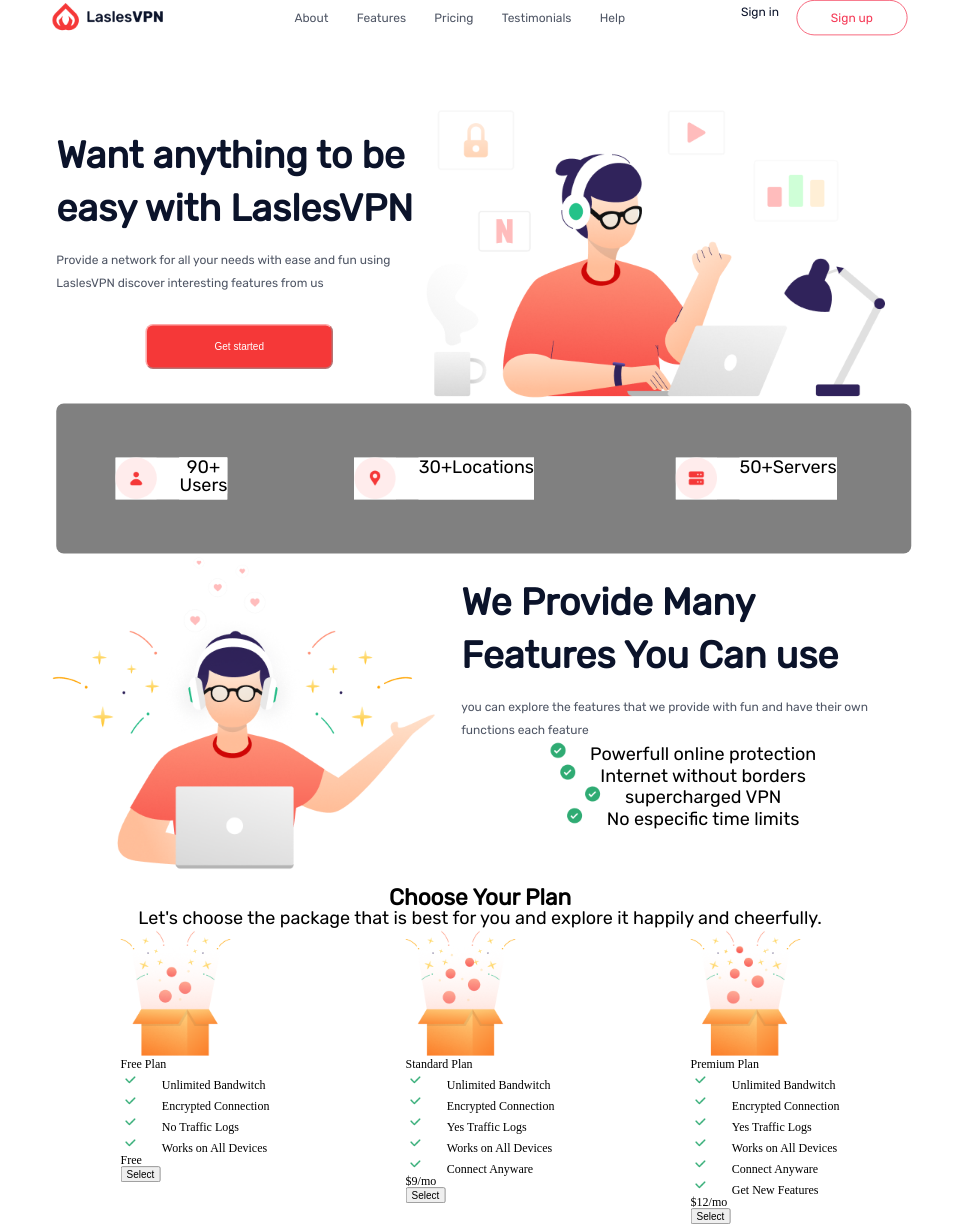
Repository: RaphaelMatheus-br/LP-251123
Page: index.html
The author's editor kept a copy of each file at every save. The page is drawn from the files as they stood at one save, then again after the next save.
The browser window is 1280 px wide. The pictures show the whole page, at 75% of full size.

Above is the page before, as saved 2023-11-25 16:57:12.

After the next save:
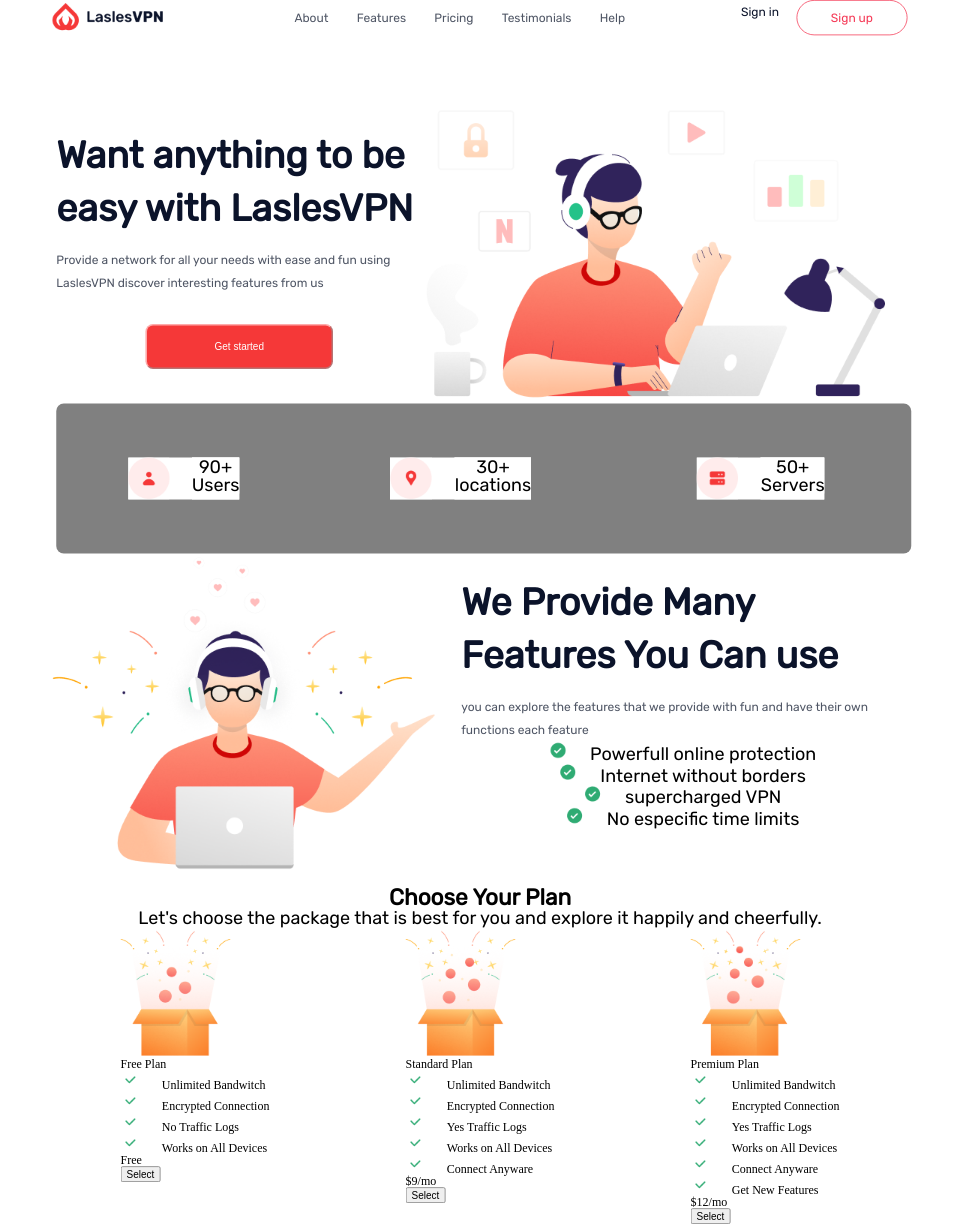
Saved 3 min 29 s later.
--- a/index.html
+++ b/index.html
@@ -62,13 +62,17 @@
                 </div>
                 <div class="location">
                     <img src="./imagens/location.png" alt="location">
-                    <h2 class="sobre__location">30+</h2>
-                    <p class="p__location">Locations</p>
+                    <div class="text">
+                        <h2 class="sobre__location">30+</h2>
+                        <p class="p__location">locations</p>
+                    </div>
                 </div>
                 <div class="server">
                     <img src="./imagens/Server.png" alt="server">
-                    <h2 class="sobre__server">50+</h2>
-                    <p class="p__server">Servers</p>
+                    <div class="text">
+                        <h2 class="sobre__server">50+</h2>
+                        <p class="p__server">Servers</p>
+                    </div>
                 </div>
             </div>
         </div>
